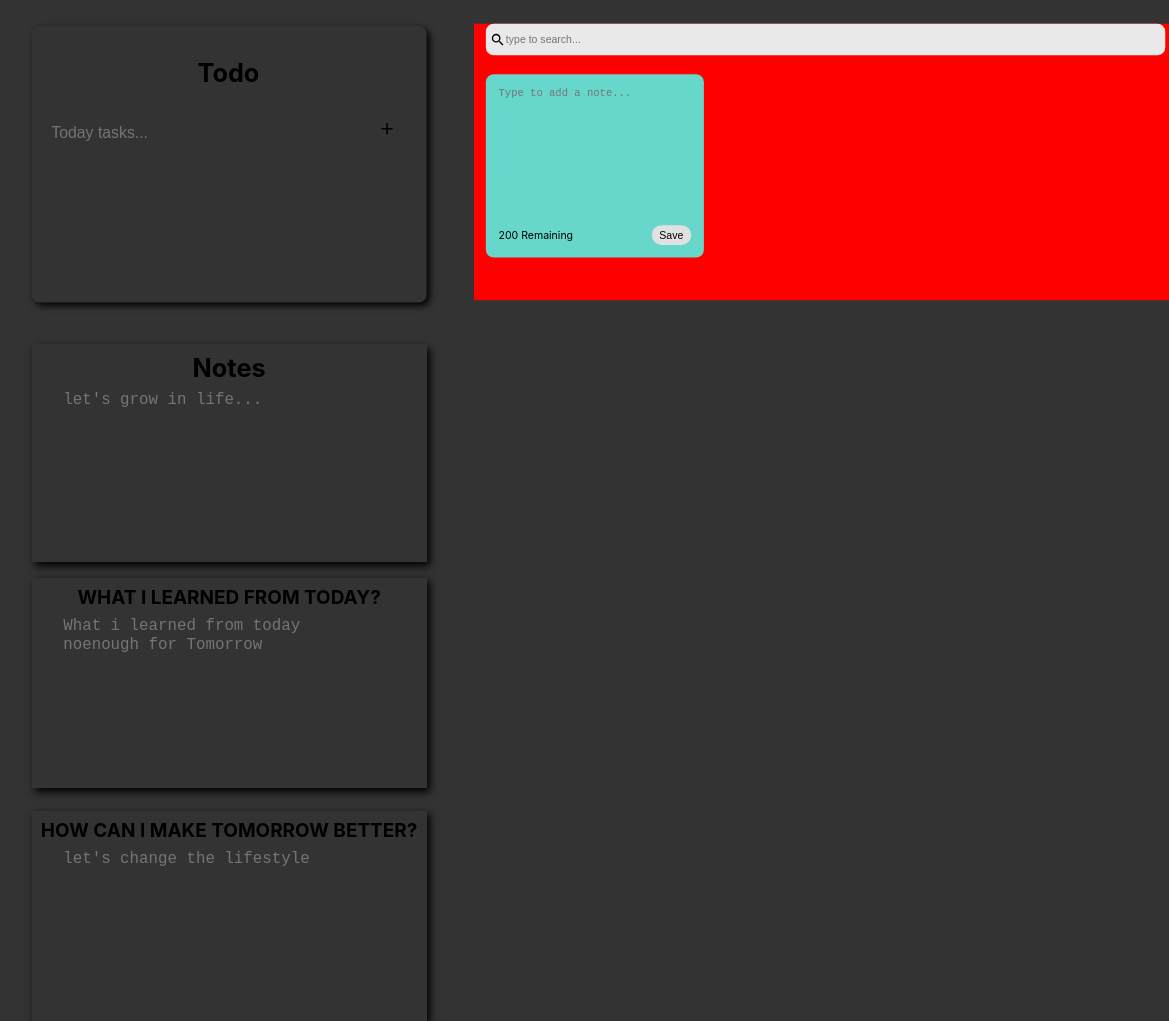
Repository: subhamRsahoo/note
Page: /
These files come from the project's save history. The page is drawn as it stood at one moment and after the next save; the edit follows.
The browser window is 1280 px wide. The page is 1480 px wide, so the pictures cover 1480 px, including what lies to the right of the window. The pictures show the whole page, at 79% of full size.
The project was rebuilt for these pictures with package versions that can differ from the ones it lists, and the page was loaded fresh each time. Also part of the build but not shown: src/components/New folder/components/Note.js.

Above is the page before, as saved 2021-07-15 18:06:20.

After the next save:
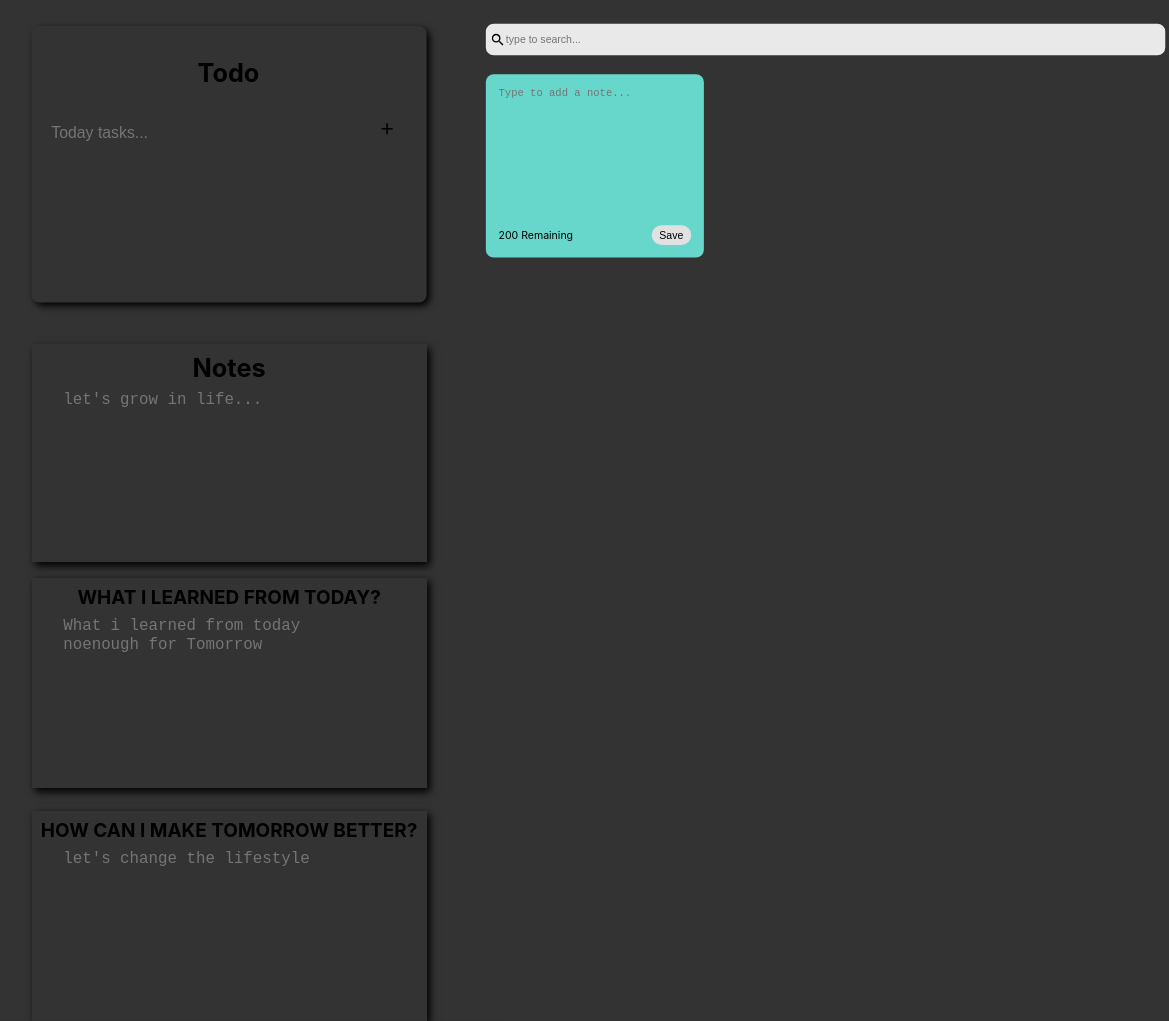
Saved 28 s later.
--- a/src/components/New folder/index.css
+++ b/src/components/New folder/index.css
@@ -29,7 +29,7 @@ code {
 	padding-right: 15px;
 	padding-left: 15px;
 	height: 350px;
-	background-color:red;
+	/* background-color:red; */
 }
 
 .notes-list {
